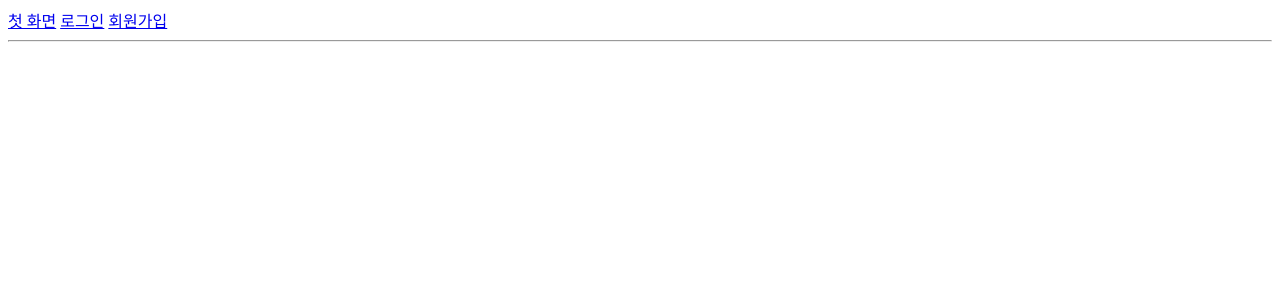
Repository: Gabintree/JDBC2019
Page: http://localhost/Oracle_20190522/login.jsp
An editor plug-in stored every save of this project. The page is shown before and after the next save, followed by the edit.
The browser window is 1280 px wide. The pictures show the whole page.
The page is served by Tomcat 9.

Above is the page before, as saved 2019-05-23 02:42:15.

After the next save:
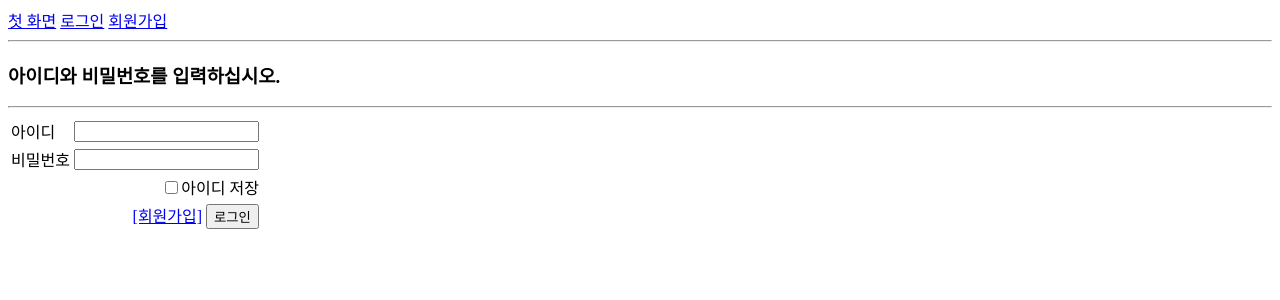
Saved 25 s later.
--- a/Oracle_20190522/WebContent/login.jsp
+++ b/Oracle_20190522/WebContent/login.jsp
@@ -11,7 +11,30 @@
 <a href = "login.jsp">로그인</a>
 <a href = "join.jsp">회원가입</a>
 <hr>
+<h3>아이디와 비밀번호를 입력하십시오.</h3>
+<hr>
+<form action = "chap10_01_LoginForm.jsp"  method = "post">
+	<table>
+		<tr>
+			<td>아이디</td>
+			<td><input type ="text" name="id"></td>
+		</tr>
+		<tr>
+			<td>비밀번호</td>
+			<td><input type ="text" name="pw"></td>
+		</tr>
+		<tr>
+			<td colspan="2" style = "text-align: right;">
+			<input type="checkbox" value="아이디저장">아이디 저장
+			</td>
+		</tr>
+		<tr>
+			<td colspan="2" style = "text-align: right;"><a href = "#">[회원가입]</a> <input type="submit" value="로그인"></td>
 
+		</tr>
+	</table>
+
+</form>
 
 </body>
 </html>
